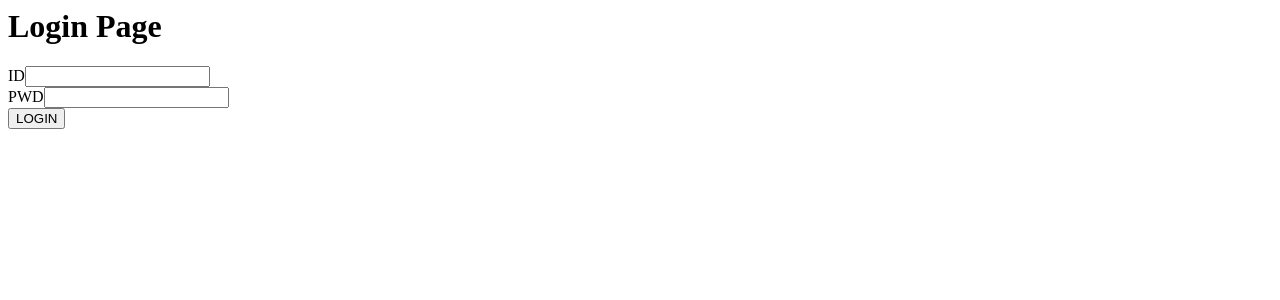
Repository: Jarijam/begin
Page: http://localhost/semi/view/about.jsp
These files come from the project's save history. The page is drawn as it stood at one moment and after the next save; the edit follows.
The browser window is 1280 px wide. The pictures show the whole page.
The page is served by Tomcat 9. Other server files are loaded and not shown.

Above is the page before, as saved 2021-11-19 02:04:52.

### semiproject/semi/web/view/about.jsp
<%@ page language="java" contentType="text/html; charset=UTF-8"
    pageEncoding="UTF-8"%>
<h1>Login Page</h1>
<form action="loginimpl.mc" method="post">
ID<input type="text" name="id"><br>
PWD<input type="text" name="pwd"><br>

<input type="submit" value="LOGIN"><br>
</form>

After the next save:
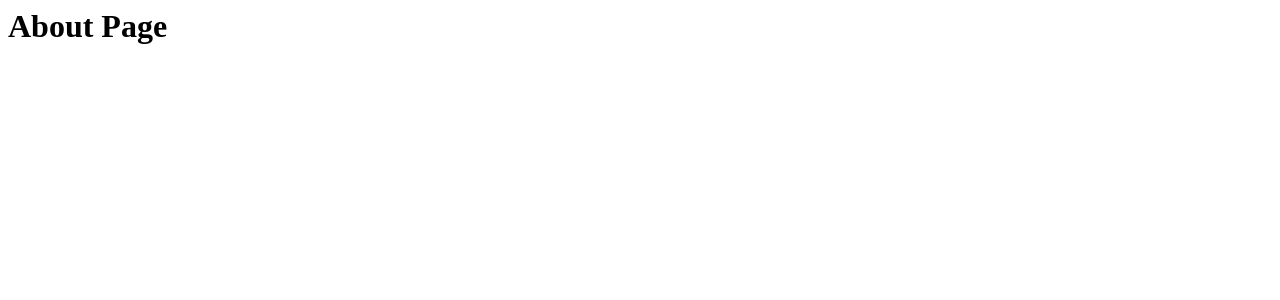
Saved 70 s later.
--- a/semiproject/semi/web/view/about.jsp
+++ b/semiproject/semi/web/view/about.jsp
@@ -1,9 +1,3 @@
 <%@ page language="java" contentType="text/html; charset=UTF-8"
     pageEncoding="UTF-8"%>
-<h1>Login Page</h1>
-<form action="loginimpl.mc" method="post">
-ID<input type="text" name="id"><br>
-PWD<input type="text" name="pwd"><br>
-
-<input type="submit" value="LOGIN"><br>
-</form>
+<h1>About Page</h1>
